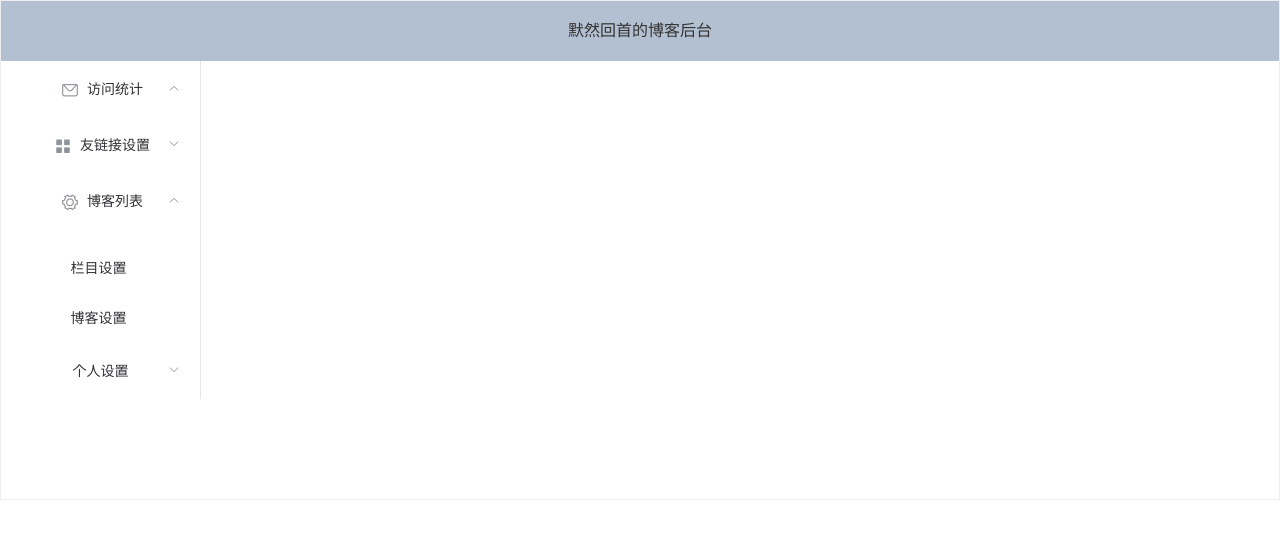
Repository: 550406066/blog
Page: / (app in blog/)
These files come from the project's save history. The page is drawn as it stood at one moment and after the next save; the edit follows.
The browser window is 1280 px wide. The pictures show the whole page.
The project was rebuilt for these pictures with package versions that can differ from the ones it lists, and the page was loaded fresh each time.

Above is the page before, as saved 2018-12-08 10:26:37.

After the next save:
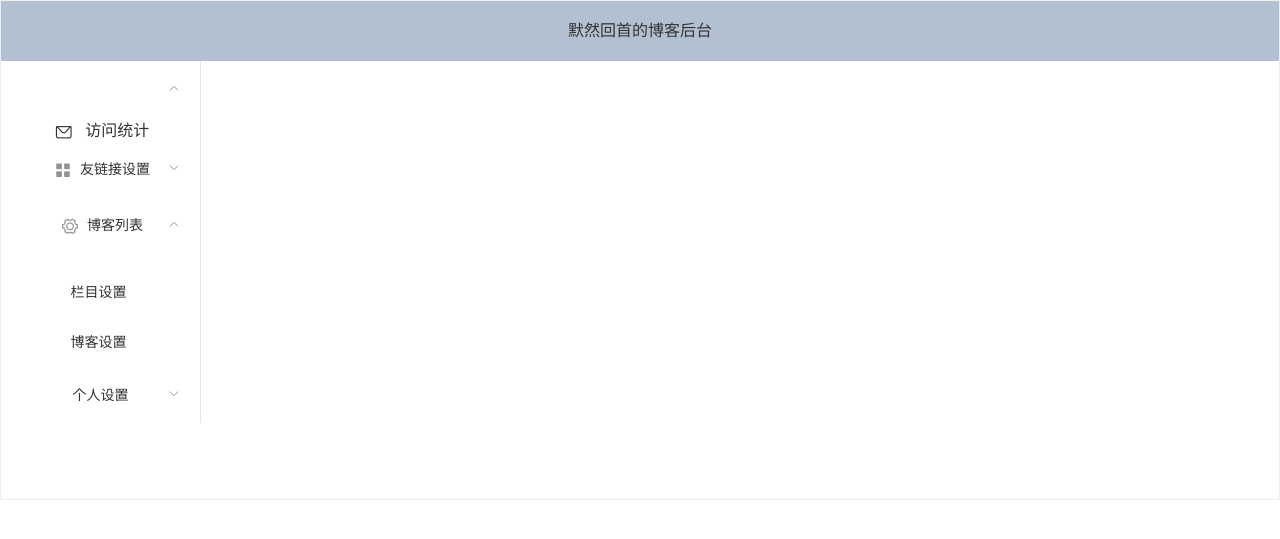
Saved 64 s later.
--- a/blog/src/components/HelloWorld.vue
+++ b/blog/src/components/HelloWorld.vue
@@ -5,8 +5,9 @@
       <el-aside width="200px" style="background-color: rgb(238, 241, 246)">
         <el-menu :default-openeds="['1', '3']">
           <el-submenu index="1">
-            <template slot="title">
-              <i class="el-icon-message"></i>访问统计</template>
+
+              <i class="el-icon-message"></i>
+              访问统计
           </el-submenu>
           <el-submenu index="2">
             <template slot="title"><i class="el-icon-menu"></i>友链接设置 </template>
